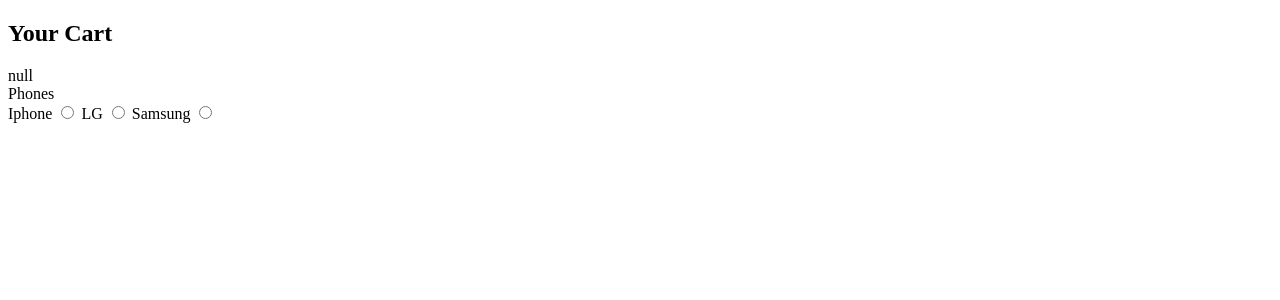
Repository: aishwarya-sankhla/JavaTraining
Page: http://localhost/MiniShoppingCart/Second.jsp
These files come from the project's save history. The page is drawn as it stood at one moment and after the next save; the edit follows.
The browser window is 1280 px wide. The pictures show the whole page.
The page is served by Tomcat 9. Other server files are loaded and not shown.

Above is the page before, as saved 2018-10-03 10:15:31.

### MiniShoppingCart/WebContent/Second.jsp
<%@ page language="java" contentType="text/html; charset=ISO-8859-1"
    pageEncoding="ISO-8859-1"%>
<!DOCTYPE html PUBLIC "-//W3C//DTD HTML 4.01 Transitional//EN" "http://www.w3.org/TR/html4/loose.dtd">
<html>
<head>
<meta http-equiv="Content-Type" content="text/html; charset=ISO-8859-1">
<title>Insert title here</title>
</head>
<body>
<h2>Your Cart</h2>
<%
	out.println(session.getAttribute("book"));
%>
<br>
<form>
	<label>Phones</label><br>
	<label for="iphone">Iphone</label>
	<input type="radio" name="phone" value="Iphone" id="iphone"/>
	<label for="lg">LG</label>
	<input type="radio" name="phone" value="LG" id="lg"/>
	<label for="samsung">Samsung</label>
	<input type="radio" name="phone" value="Samsung" id="samsung"/>
</form>
</body>
</html>

After the next save:
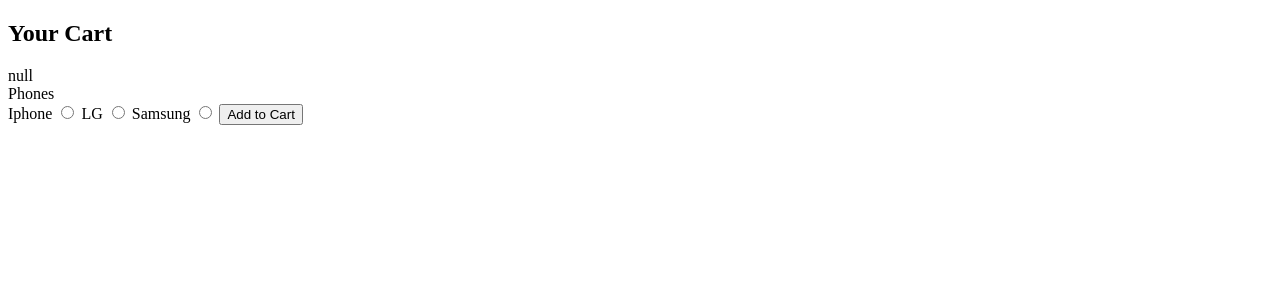
Saved 9 s later.
--- a/MiniShoppingCart/WebContent/Second.jsp
+++ b/MiniShoppingCart/WebContent/Second.jsp
@@ -20,6 +20,8 @@
 	<input type="radio" name="phone" value="LG" id="lg"/>
 	<label for="samsung">Samsung</label>
 	<input type="radio" name="phone" value="Samsung" id="samsung"/>
+
+	<input type="submit" value="Add to Cart">
 </form>
 </body>
 </html>
